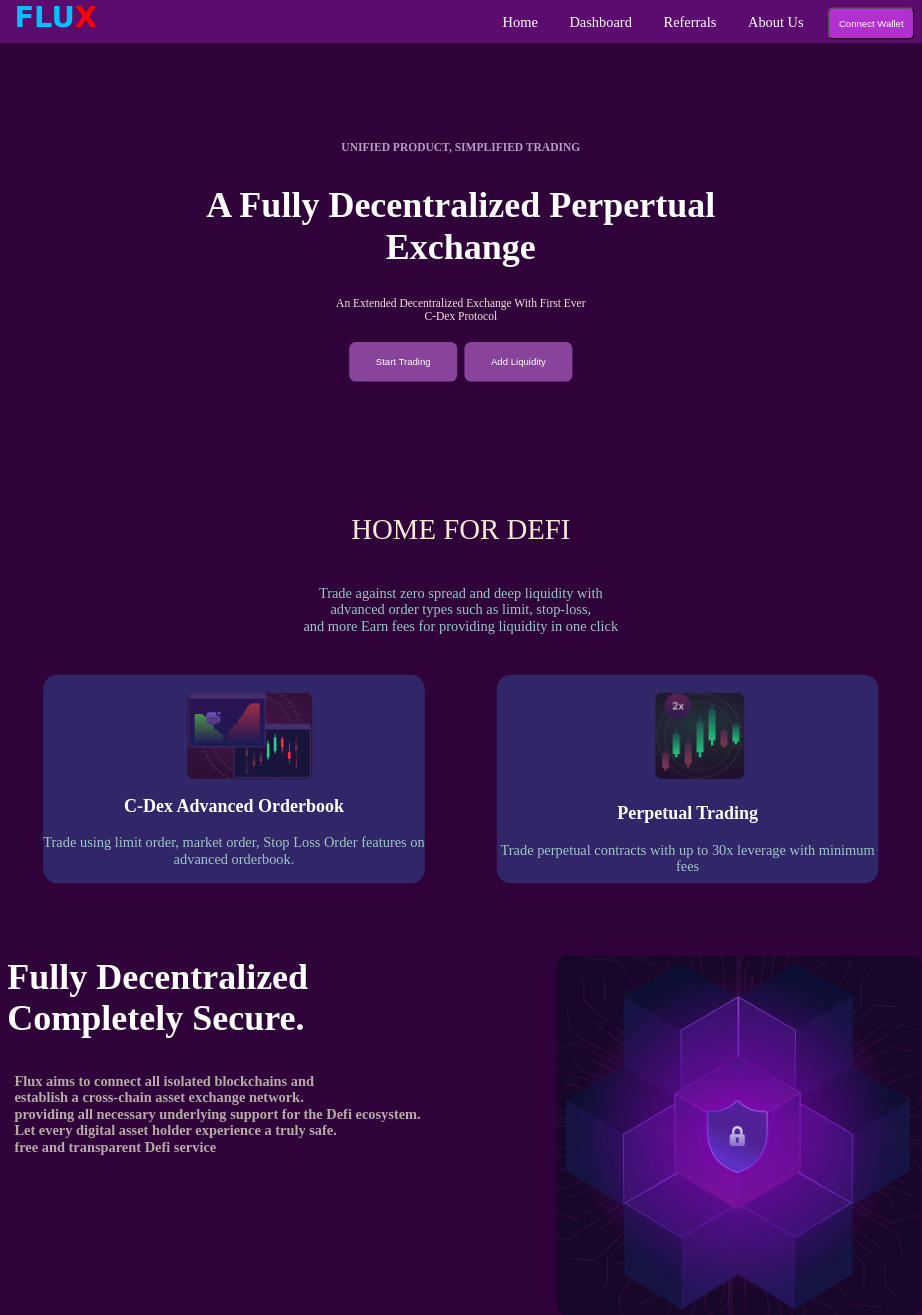
Repository: Tobby004/Flux-figma
Page: index.html
These files come from the project's save history. The page is drawn as it stood at one moment and after the next save; the edit follows.
The browser window is 1280 px wide. The pictures show the whole page, at 72% of full size.

Above is the page before, as saved 2023-04-20 06:26:35.

After the next save:
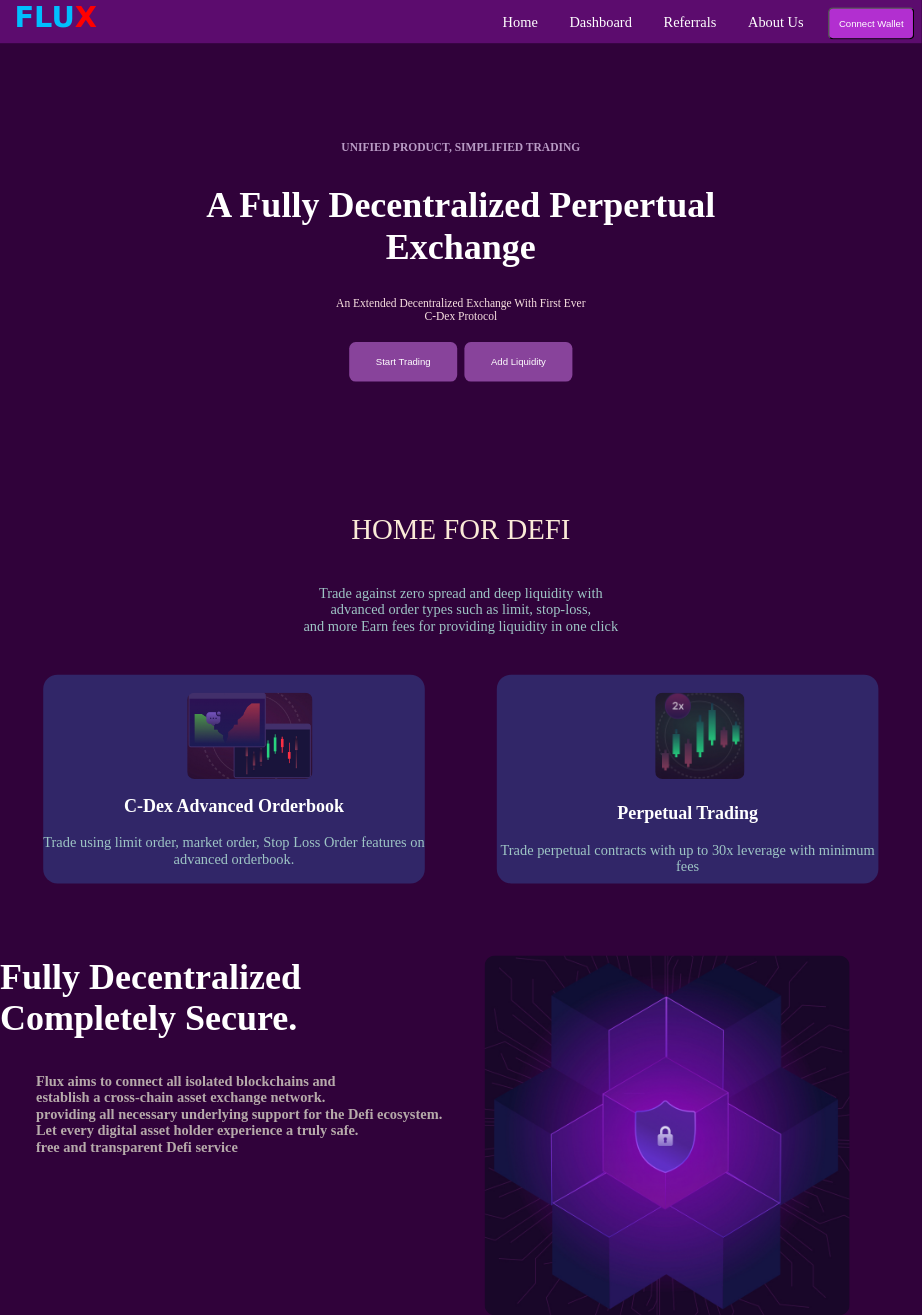
Saved 100 s later.
--- a/style.css
+++ b/style.css
@@ -135,13 +135,14 @@ input[type="button"]{
     margin-left: 220px;
 }
 main h1 {
-    margin-left: 10px;
+    margin-left: 5\0px;
     color: white;
     font-size: 50px;
     margin-top: 100px;
 }
 main img{
     height: 500px;
+    margin-right: 100px;
     border-radius: 15px;
     border: none;
     float: right;
@@ -149,5 +150,5 @@ main img{
 main h6 {
     color: rgb(182, 170, 170);
     font-size: 20px;
-    margin-left: 20px;
+    margin-left: 50px;
 }
